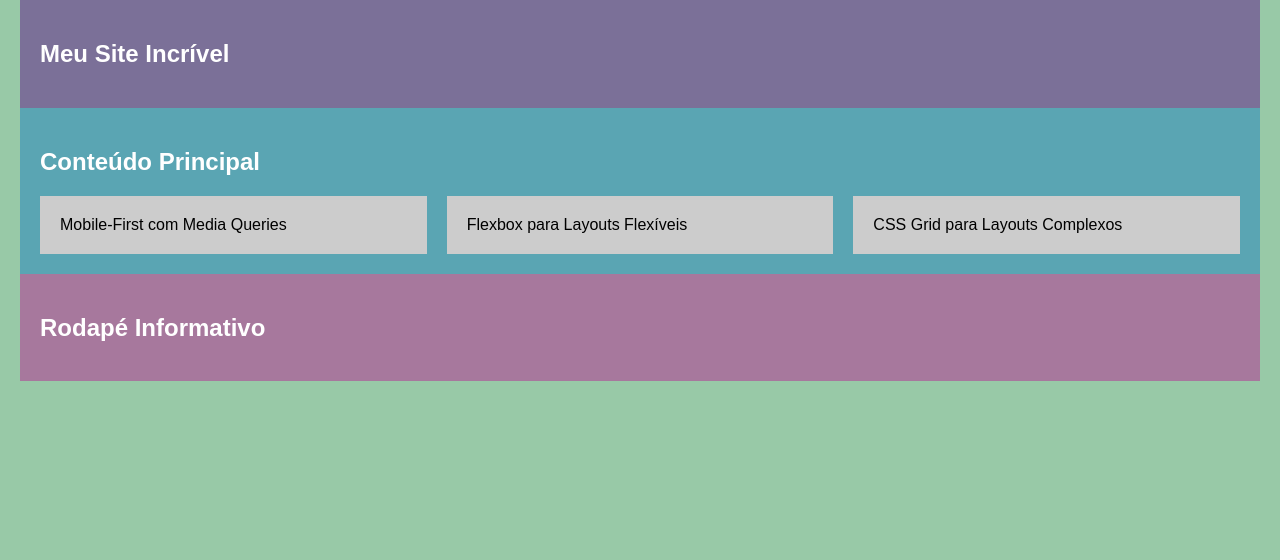
Repository: douglasabnovato/model-lp
Page: index.html
The author's editor kept a copy of each file at every save. The page is drawn from the files as they stood at one save, then again after the next save.
The browser window is 1280 px wide. The pictures show the whole page.

Above is the page before, as saved 2025-02-24 16:49:54.

### index.html
<!DOCTYPE html>
<html lang="pt-br">
  <head>
    <meta charset="UTF-8" />
    <meta name="viewport" content="width=device-width, initial-scale=1.0" />
    <title>Filmes Épicos</title>
    <link rel="stylesheet" type="text/css" href="./style.css" />
  </head>
  <body>
    <header>
        <h2>Meu Site Incrível</h2>
    </header>
    <main>
        <h2>Conteúdo Principal</h2>
        <div class="container">
            <div class="item">Mobile-First com Media Queries</div>
            <div class="item">Flexbox para Layouts Flexíveis</div>
            <div class="item">CSS Grid para Layouts Complexos</div>
        </div>

    </main>
    <footer>
        <h2>Rodapé Informativo</h2>
    </footer>
  </body>
</html>

### style.css
/* Estilos base para mobile */
body {
  font-family: Arial, sans-serif;
  margin: 0;
  background-color: #65691c77;
}

h2 {
  color: white;
}

header,
main,
footer {
  padding: 20px;
}

header {
  background-color: #5b0a8777;
}

main {
  background-color: #157bc077;
}

.container {
  display: flex;
  flex-wrap: wrap;
  gap: 20px;
}

.item {
  background-color: #ccc;
  flex: 1 1 200px;
  padding: 20px;
  box-sizing: border-box;
}

footer {
  background-color: #b81b9377;
}

/* Media Query para telas maiores */
@media (min-width: 768px) {
  body {
    background-color: #238d4377;
  }

  header,
  main,
  footer {
    max-width: 1200px;
    margin: 0 auto;
  }
}

After the next save:
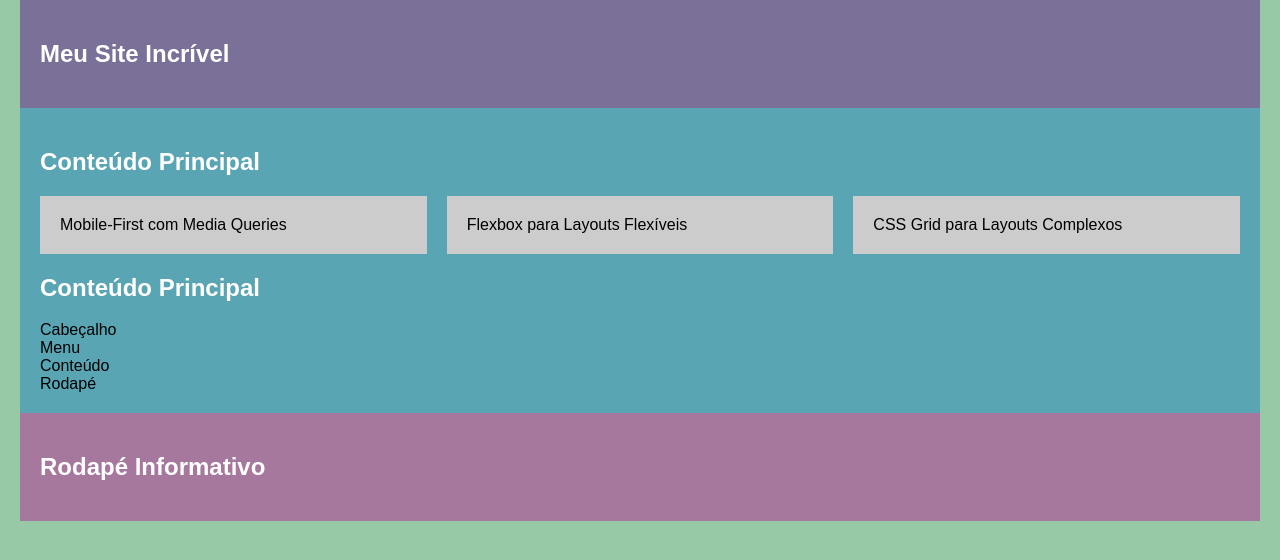
Saved 74 s later.
--- a/index.html
+++ b/index.html
@@ -18,6 +18,16 @@
             <div class="item">CSS Grid para Layouts Complexos</div>
         </div>
 
+
+        <h2>Conteúdo Principal</h2>
+        <div class="grid-container">
+            <div class="grid-item">Cabeçalho</div>
+            <div class="grid-item">Menu</div>
+            <div class="grid-item">Conteúdo</div>
+            <div class="grid-item">Rodapé</div>
+        </div>
+
+
     </main>
     <footer>
         <h2>Rodapé Informativo</h2>
